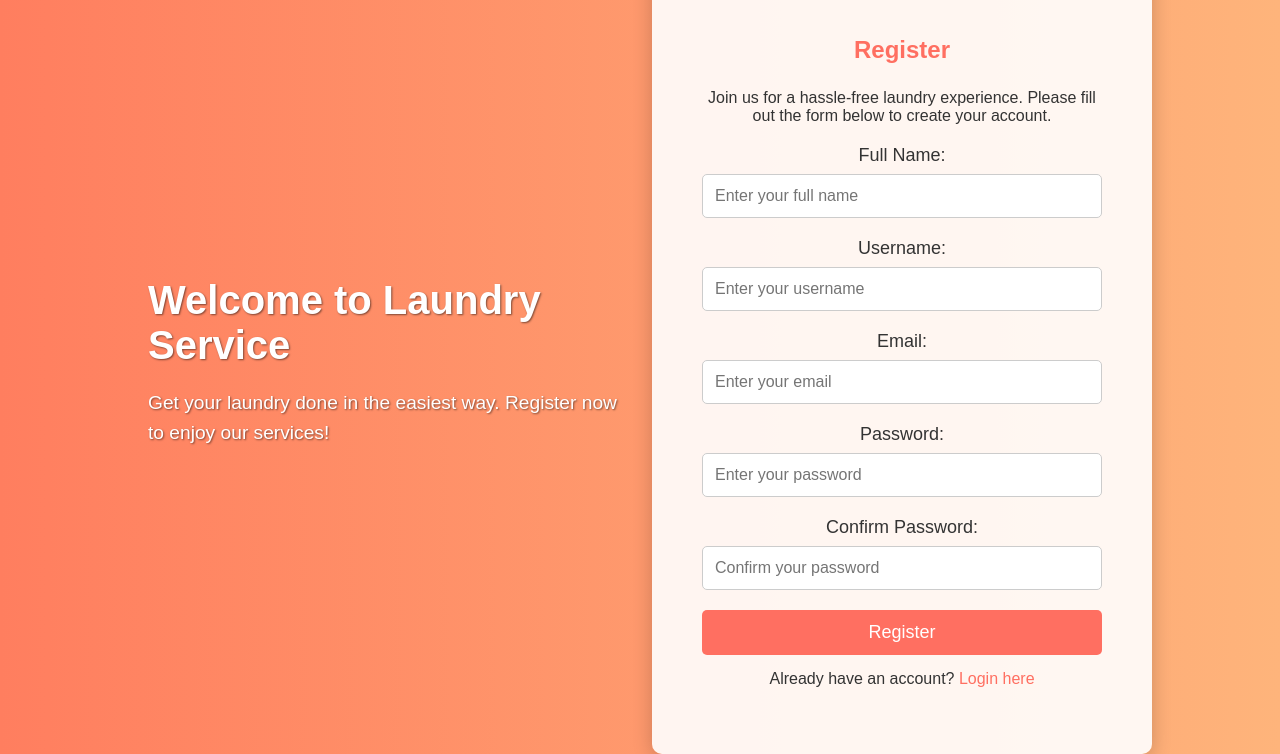
Repository: wmrmweerakoon/Online-Laundry-Management-System
Page: http://localhost/LaundryManagementSystem/Register.jsp
The author's editor kept a copy of each file at every save. The page is drawn from the files as they stood at one save, then again after the next save.
The browser window is 1280 px wide. The pictures show the whole page.
The page is served by Tomcat 9.

Above is the page before, as saved 2024-10-07 09:32:40.

After the next save:
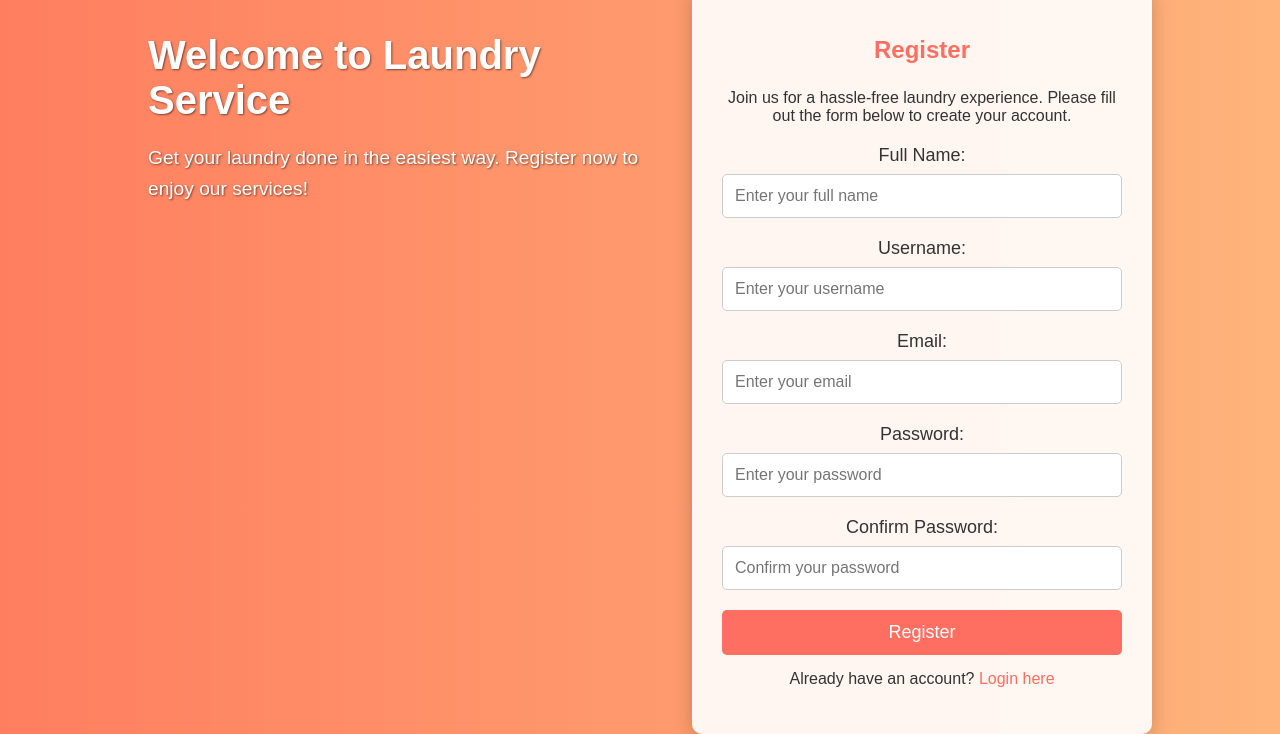
Saved 110 s later.
--- a/Projects/LaundryManagementSystem/src/main/webapp/CSS/Register.css
+++ b/Projects/LaundryManagementSystem/src/main/webapp/CSS/Register.css
@@ -25,12 +25,12 @@ body {
     width: 80%;
     max-width: 1200px;
     justify-content: space-between;
-    align-items: center;
+    align-items: flex-start; /* Align items to the start */
     color: white;
 }
 
 .text-content {
-    flex: 1;
+    flex: 1; /* Allows the text to take available space on the left */
     padding: 20px;
     color: #fff;
     font-size: 1.2rem;
@@ -49,12 +49,13 @@ body {
 
 .register-container {
     background-color: rgba(255, 255, 255, 0.9);
-    padding: 50px;
+    padding: 30px; /* Reduced padding to minimize the height */
     border-radius: 10px;
     box-shadow: 0 4px 20px rgba(0, 0, 0, 0.2);
     width: 400px;
     text-align: center;
     color: #333; /* Ensuring better contrast for form text */
+    margin-left: auto; /* Push the form to the right */
 }
 
 h2 {
